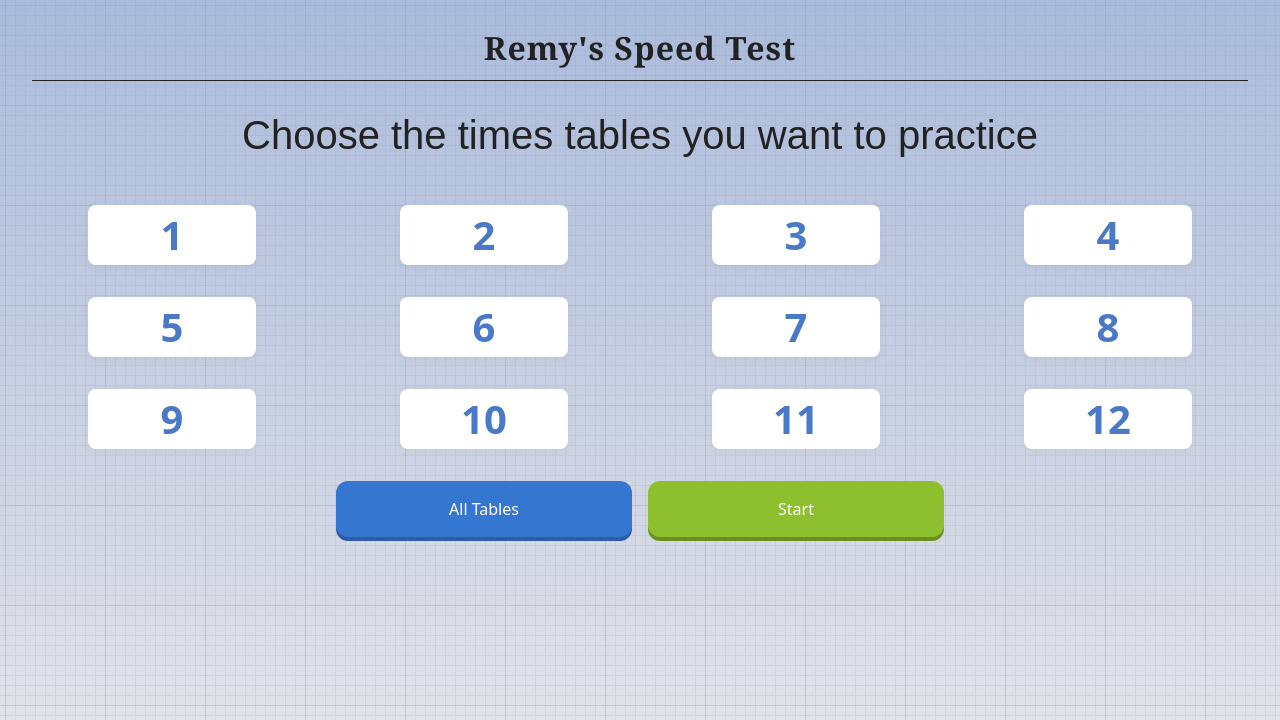
Repository: Chinurum-Omenuko/remys-speed-test
Page: / (app in app/)
An editor plug-in stored every save of this project. The page is shown before and after the next save, followed by the edit.
The browser window is 1280 px wide. The pictures show the whole page.
The project was rebuilt for these pictures with package versions that can differ from the ones it lists, and the page was loaded fresh each time. The framework's server and built-in components were replaced by stand-ins that run in the browser. Also part of the build but not shown: app/svelte.config.js, app/vite.config.ts.

Above is the page before, as saved 2025-11-17 20:57:53.

After the next save:
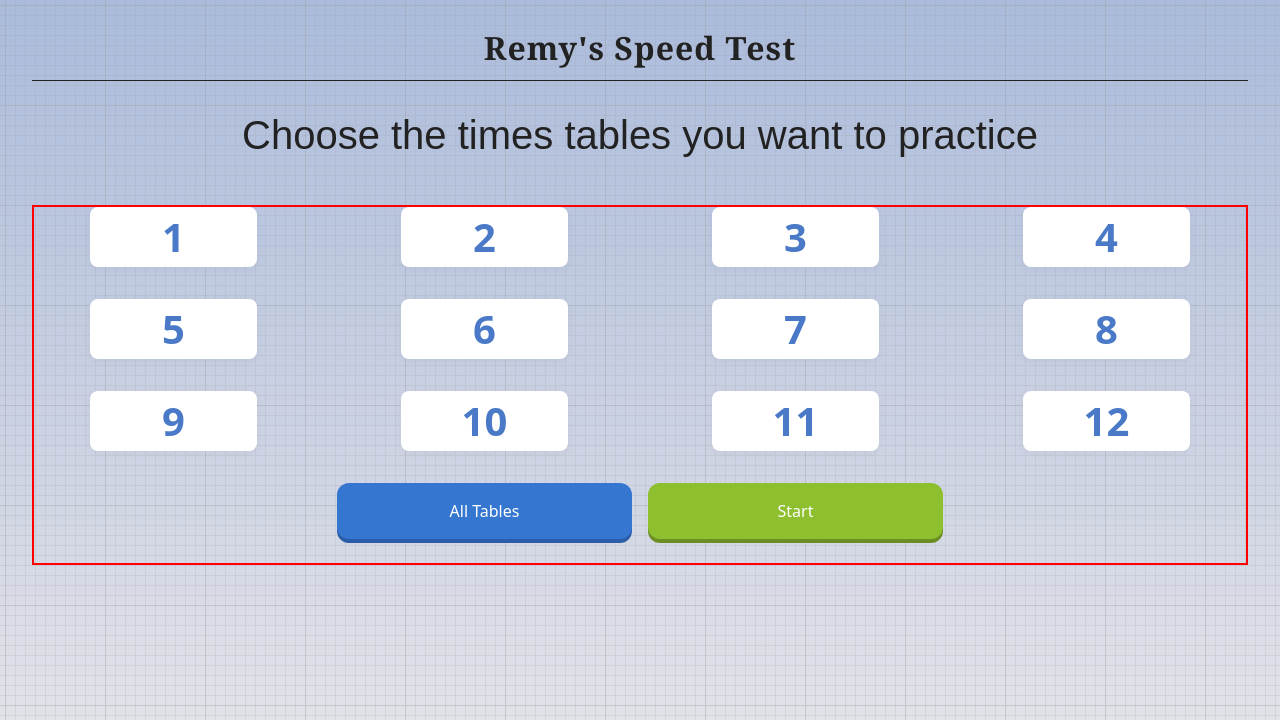
Saved 37 s later.
--- a/app/src/routes/+page.svelte
+++ b/app/src/routes/+page.svelte
@@ -231,6 +231,10 @@
 			grid-template-columns: repeat(4, 1fr);
 		}
 
+		.content{
+			border: solid 2px red;
+		}
+
 
 	}
 
